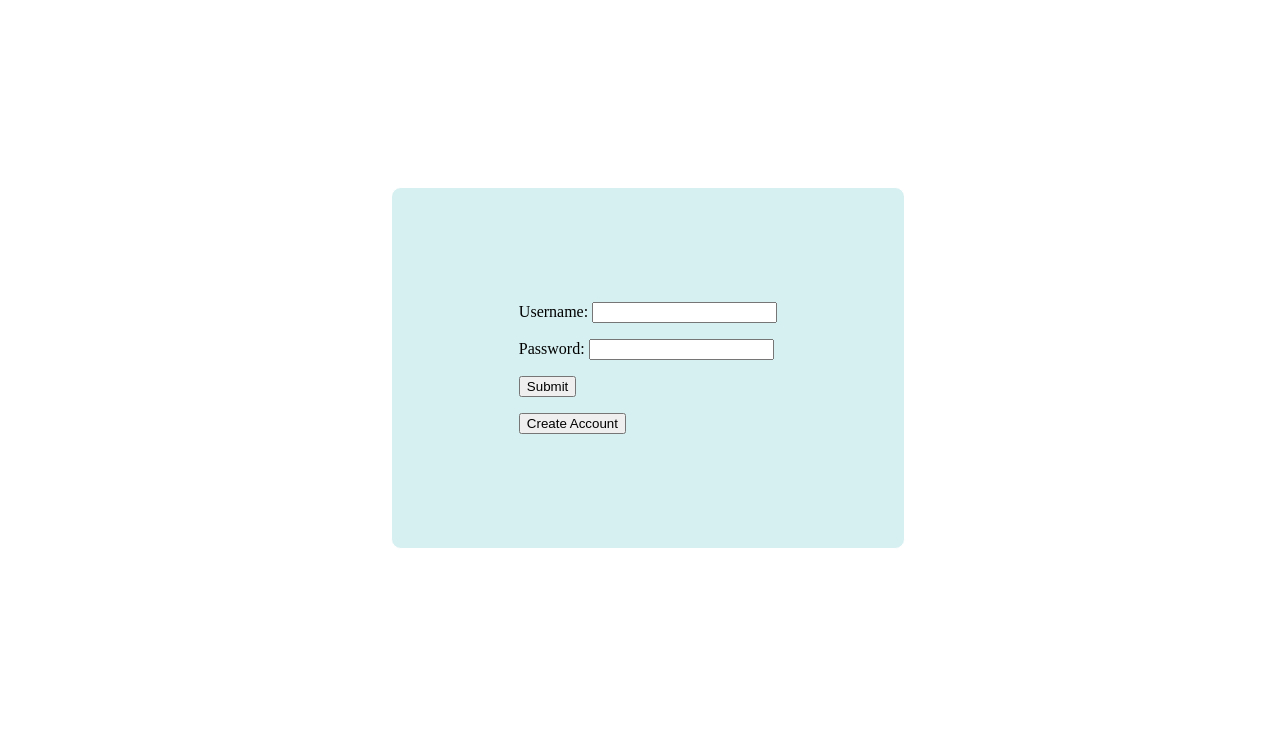
Repository: Jtho28/4830-group-project
Page: Esports-webproj/src/main/webapp/WEB-INF/Login.html
These files come from the project's save history. The page is drawn as it stood at one moment and after the next save; the edit follows.
The browser window is 1280 px wide. The page is 1288 px wide, so the pictures cover 1288 px, including what lies to the right of the window. The pictures show the whole page.

Above is the page before, as saved 2022-11-16 20:49:42.

After the next save:
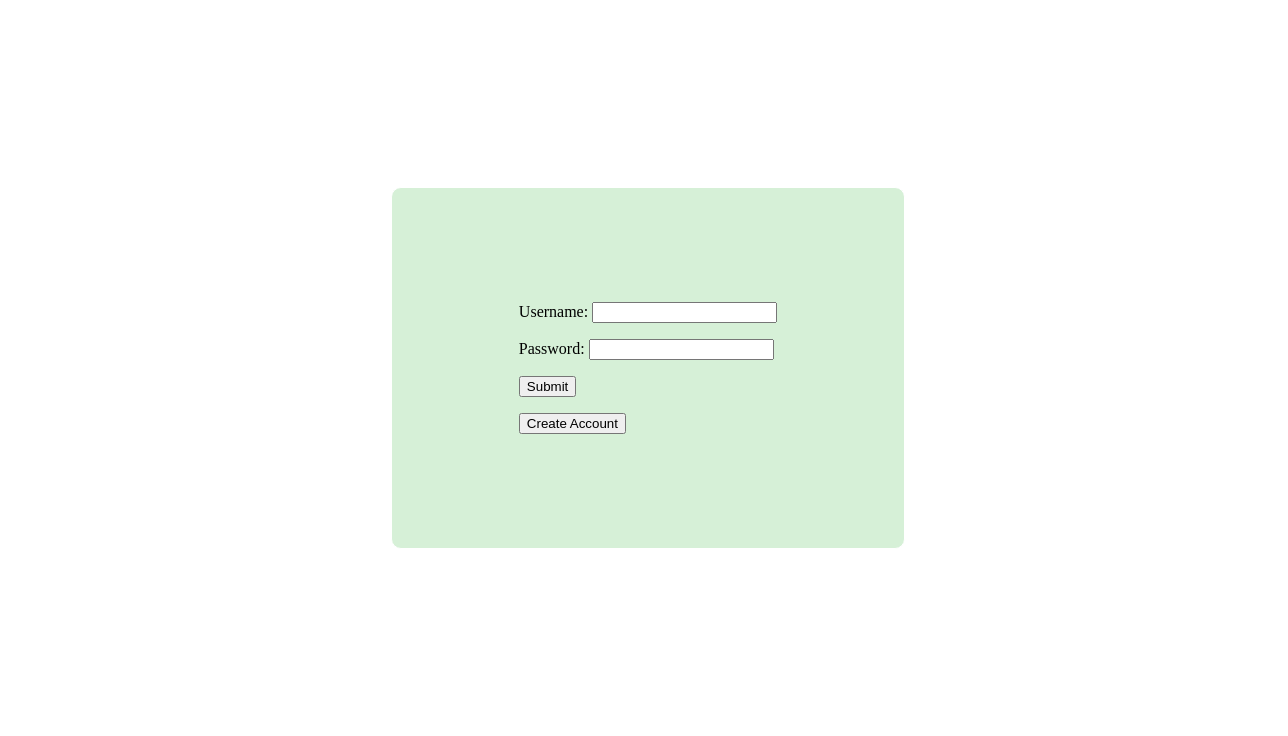
Saved 84 s later.
--- a/Esports-webproj/src/main/webapp/WEB-INF/login.css
+++ b/Esports-webproj/src/main/webapp/WEB-INF/login.css
@@ -17,7 +17,7 @@ body {
 	justify-content: center;
 	border: 1px solid white;
 	border-radius: 10px;
-	background: rgba(50, 176, 181, .2);
+	background: rgba(50, 181, 55, .2);
 }
 
 h1 {
